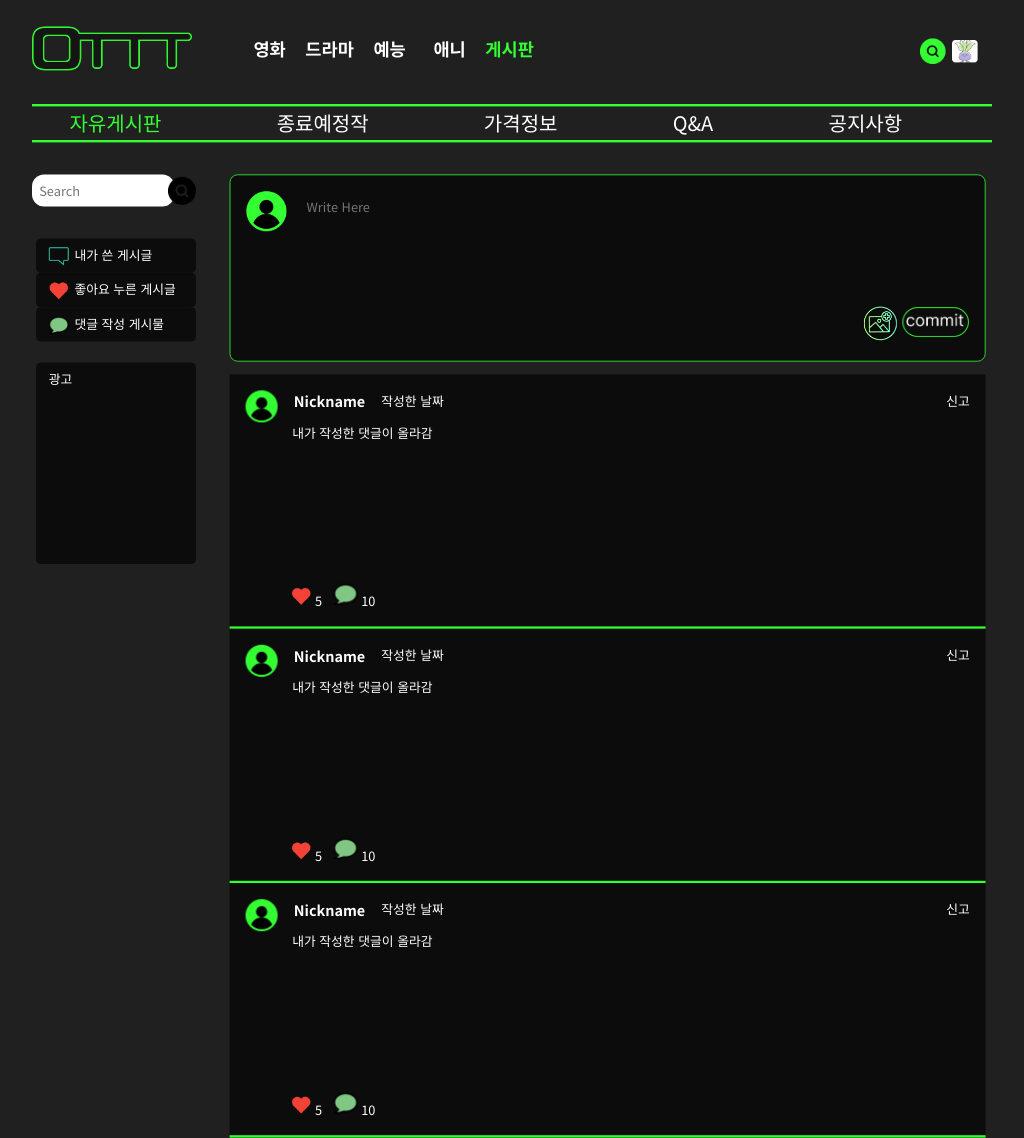
Repository: gahhyun/commnity_make
Page: http://localhost/OTTT/WEB-INF/views/community/freecommunity/community_main.jsp
These files come from the project's save history. The page is drawn as it stood at one moment and after the next save; the edit follows.
The browser window is 1280 px wide. The pictures show the whole page, at 80% of full size.
The page is served by Tomcat 9. Nobody is signed in. Other server files are loaded and not shown. The template is opened directly, without the code that normally fills it, so the values that code supplies are empty.

Above is the page before, as saved 2023-05-04 07:08:05.

### OTTT/src/main/webapp/WEB-INF/views/community/freecommunity/community_main.jsp
<%@ page language="java" contentType="text/html; charset=UTF-8"
    pageEncoding="UTF-8"%>
<%@ taglib prefix="c" uri="http://java.sun.com/jsp/jstl/core" %>
<%@ taglib prefix="fmt" uri="http://java.sun.com/jsp/jstl/fmt" %>

<c:set var="path" value="${pageContext.request.contextPath}"/>
<!doctype html>
<html lang="ko">
  <head>
    <meta charset="utf-8">
    <meta name="viewport" content="width=device-width, initial-scale=1">
    <title>community_main</title>
    <link href="https://cdn.jsdelivr.net/npm/bootstrap@5.3.0-alpha2/dist/css/bootstrap.min.css" rel="stylesheet" integrity="sha384-aFq/bzH65dt+w6FI2ooMVUpc+21e0SRygnTpmBvdBgSdnuTN7QbdgL+OapgHtvPp" crossorigin="anonymous">
    <link rel="stylesheet" href="${path}/resources/css/community/freecommunity/community_main.css" >
    <script type="text/javascript" src="${path}/resources/js/community/main.js"></script>
    <script src="https://cdn.jsdelivr.net/npm/bootstrap@5.3.0-alpha2/dist/js/bootstrap.bundle.min.js" integrity="sha384-qKXV1j0HvMUeCBQ+QVp7JcfGl760yU08IQ+GpUo5hlbpg51QRiuqHAJz8+BrxE/N" crossorigin="anonymous"></script>
  </head>
  <body style="background-color: #202020;">
    <div class="wrap">
      <header>
        <div class="logo">
          <a href="<c:url value="/" />">
            <img src="${path}/resources/images/logo/OTTT.png" alt="로고">
          </a>
        </div>
        <nav class="gnb">
          <ul>
            <li>
              <a href="<c:url value="/genre/movie" />">영화</a>
            </li>
            <li>
              <a href="<c:url value="/genre/drama" />">드라마</a>
            </li>
            <li>
              <a href="<c:url value="/genre/interest" />">예능</a>
            </li>
            <li>
              <a href="<c:url value="/genre/animation" />">애니</a>
            </li>
            <li>
              <a href="<c:url value="/community" />" style="color: #33ff33;">게시판</a>
            </li>
          </ul>
        </nav>
        <div class="h-icon">
          <ul>
            <li>
              <a href="<c:url value='/search' />">
                <!-- <img src="./images/icon/search02.png" alt="검색"> -->
              </a>
            </li>
            <li>
              <a href="<c:url value='/mypage' />">
                <!-- <img src="./images/icon/user01.png" alt="내 정보"> -->
              </a>
            </li>
          </ul>
        </div>
      </header>

      <!--meun bar Start-->
        <div id="line-1" >
          <nav class="nav">
          <a class="nav-link1" href="<c:url value='/community' />" style="color: #33ff33;">자유게시판</a>
          <a class="nav-link1" href="<c:url value='/community/endmovie/tving' />">종료예정작</a>
          <a class="nav-link1" href="<c:url value='/community/priceInfoTving' />">가격정보</a>
          <a class="nav-link1" href="<c:url value='/community/QnA' />">Q&A</a>
          <a class="nav-link1" href="<c:url value='/community/notice' />">공지사항</a>
        </nav>
        </div>
        <div id="line-2">
          <div class="Lcontent">
            <form name="post_search" action="" method="get">
              <input class="search" type="search" placeholder=" &nbsp;Search">
              <input class="searchicon" type="image" src="${path}/resources/images/icon/search.png" alt="돋보기">
            </form>
            <ul class="movepage">
              <li style="display: flex;">
                <div class="list-group">
                    <a href="<c:url value='/mycommynity/postcommu' />" class="list-group-item list-group-item-action">
                      <img class="side_img" src="${path}/resources/images/img/KakaoTalk_20230411_161709664.png" alt="post">내가 쓴 게시글
                    </a>
                </div>
              </li>
              <li style="display: flex;">
                  <div class="list-group">
                      <a href="<c:url value='/mycommynity/likecommunity' />" class="list-group-item list-group-item-action">
                        <img class="side_img" src="${path}/resources/images/img/free-icon-heart-6063477 2.png" alt="heart">좋아요 누른 게시글
                      </a>
                  </div>
              </li>
              <li style="display: flex;">
                  <div class="list-group">
                      <a href="<c:url value='/mycommynity/comment' />" class="list-group-item list-group-item-action">
                        <img class="side_img" src="${path}/resources/images/img/comment.png" >댓글 작성 게시물
                      </a>
                  </div>
              </li>
              <li style="display: flex;">
                  <div class="list-group">
                      <a href="#" class="list-group-item list-group-item-action" style="margin-top: 2vw; height: 35vh;">광고</a>
                    </div>
              </li>
          </div>

<!--ㅡmain------------------------------------------>
          <div class="Rcontent" >
            <div>
              <form name="post_write" action="community_main.html" method="get">
                <ul class="post_write">
                  <li>
                    <img src="${path}/resources/images/icon/user01.png" alt="프로필사진">
                  </li>
                  <li>
                      <textarea class="writeHere" placeholder="Write Here" onkeydown="resize(this)" onkeyup="resize(this)" ></textarea>
                  </li>
                  <li class="btn_s">
                      <label for="btn_file" ><img src="${path}/resources/images/img/writeImg.png" class="img_file"></label>
                      <input id="btn_file" type="file" accept="image/gif, image/jpeg, image/png" multiple/>
                      <input class="btn_commit" type="image" src="${path}/resources/images/img/commit.png" alt="commit">
                  </li>
                </ul>
              </form>
            </div>
            <div class="post_list">
              <ul class="post" >
                <div class="post_info">
                  <div style="display: flex;">
                  	<a href="#"><img class="usur_img" src="${path}/resources/images/icon/user01.png" alt="profile"></a>
                  	<a href="#"><span class="nickname">Nickname</span></a>
                  	<span id="current_date" >작성한 날짜</span>
                  </div>
                  <div>
                   <div>
                    <button type="button" class="btn_warning" data-bs-toggle="dropdown" >
                      신고
                    </button>
                    <ul class="dropdown-menu" >
                      <li><a class="dropdown-item" href="#">욕설/비방</a></li>
                      <li><a class="dropdown-item" href="#">광고/도배</a></li>
                      <li><a class="dropdown-item" href="#">악의적인 스포</a></li>
                      <li><a class="dropdown-item" href="#">선정성</a></li>
                    </ul>
                   </div>
                  </div>
                </div>
                <div style="width: 900px;">
                  <a href="<c:url value='/community/post' />" class="main_article">내가 작성한 댓글이 올라감</a>
                </div>
                <div>
                <div>
                  <input class="heart_img" type="image" src="${path}/resources/images/img/free-icon-heart-6063477 2.png" alt="heart">
                  <span>5</span>
                  <input class="re_comment_img" type="image" src="${path}/resources/images/img/comment.png" alt="comment">
                  <span>10</span>
                </div>
                </div>
              </ul>
              <ul class="post" >
                <div class="post_info">
                  <div style="display: flex;">
                  	<a href="#"><img class="usur_img" src="${path}/resources/images/icon/user01.png" alt="profile"></a>
                  	<a href="#"><span class="nickname">Nickname</span></a>
                  	<span id="current_date" >작성한 날짜</span>
                  </div>
                  <div>
                   <div>
                    <button type="button" class="btn_warning" data-bs-toggle="dropdown" >
                      신고
                    </button>
                    <ul class="dropdown-menu" >
                      <li><a class="dropdown-item" href="#">욕설/비방</a></li>
                      <li><a class="dropdown-item" href="#">광고/도배</a></li>
                      <li><a class="dropdown-item" href="#">악의적인 스포</a></li>
                      <li><a class="dropdown-item" href="#">선정성</a></li>
                    </ul>
                   </div>
                  </div>
                </div>
                <div style="width: 900px;">
                  <a href="#" class="main_article">내가 작성한 댓글이 올라감</a>
                </div>
                <div>
                <div>
                  <input class="heart_img" type="image" src="${path}/resources/images/img/free-icon-heart-6063477 2.png" alt="heart">
                  <span>5</span>
                  <input class="re_comment_img" type="image" src="${path}/resources/images/img/comment.png" alt="comment">
                  <span>10</span>
                </div>
                </div>
              </ul>
              <ul class="post" >
                <div class="post_info">
                  <div style="display: flex;">
                  	<a href="#"><img class="usur_img" src="${path}/resources/images/icon/user01.png" alt="profile"></a>
                  	<a href="#"><span class="nickname">Nickname</span></a>
                  	<span id="current_date" >작성한 날짜</span>
                  </div>
                  <div>
                   <div>
                    <button type="button" class="btn_warning" data-bs-toggle="dropdown" >
                      신고
                    </button>
                    <ul class="dropdown-menu" >
                      <li><a class="dropdown-item" href="#">욕설/비방</a></li>
                      <li><a class="dropdown-item" href="#">광고/도배</a></li>
                      <li><a class="dropdown-item" href="#">악의적인 스포</a></li>
                      <li><a class="dropdown-item" href="#">선정성</a></li>
                    </ul>
                   </div>
                  </div>
                </div>
                <div style="width: 900px;">
                  <a href="#" class="main_article">내가 작성한 댓글이 올라감</a>
                </div>
                <div>
                <div>
                  <input class="heart_img" type="image" src="${path}/resources/images/img/free-icon-heart-6063477 2.png" alt="heart">
                  <span>5</span>
                  <input class="re_comment_img" type="image" src="${path}/resources/images/img/comment.png" alt="comment">
                  <span>10</span>
                </div>
                </div>
              </ul>
            </div>
          </div>
        </div>
    </div>
  </body>
</html>

### OTTT/src/main/webapp/resources/css/community/freecommunity/community_main.css
@charset "utf-8";
@import url('https://fonts.googleapis.com/css2?family=Noto+Sans+KR:wght@100;300;400;500;700;900&display=swap');


*{margin: 0;padding: 0;font-family: 'Noto Sans KR', sans-serif;}

a{text-decoration: none;color: inherit;display: block;}

ul,li,ol{list-style: none;}

body{background-color: #202020;color: #fff;}

.wrap{width: 100%;height: 100%;position: relative;}

/* header Start*/
header{ width: 1200px; height: 130px;box-sizing: border-box;margin: 0 auto;position: relative;display: flex;}

.logo{    width: 230px;
    height : 95px;
    margin-top: 30px;}

.logo > a > img{margin-top: 2.5px;width: 200px;}

.gnb > ul{display: flex;}

.gnb > ul > li{
    width: 70px;
    height: 60px;
    text-align: center;
    line-height: 60px;
    margin-top: 30px;
    margin-right:5px;
}


.gnb a{
    font-size: 22px;
    font-weight: 600;
}

.gnb > ul > li:hover{
    color: #33ff33;
}

.h-icon{
    width: 120px;
    height: 58px;
    position: absolute;
    top: 50%;
    right: 10px;
    transform: translateY(-50%);
}

.h-icon > ul{
    display: flex;
    justify-content: space-evenly;
    margin-top: 12px;
}

.h-icon > ul > li:first-child > a{
    background:url("../../../images/icon/search02.png");
    background-repeat: no-repeat;
    background-position: center;
    background-size: 32px;
    width: 32px;
    height: 32px;
}

.h-icon > ul > li:last-child > a{
    background:url("../../../images/img/profile.png");
    background-repeat: no-repeat;
    background-position: center;
    background-size: 32px;
    width: 32px;
    height: 32px;
}

.h-icon > ul > li:first-child > a:hover{
    background: url("../../../images/icon/search-h.png");
    background-repeat: no-repeat;
    background-position: center;
    background-size: 32px;
    width: 32px;
    height: 32px;
}

/* .h-icon > ul > li:last-child > a:hover{
    background: url("../images/user-h.png");
    background-repeat: no-repeat;
    background-position: center;
    background-size: 32px;
    width: 32px;
    height: 32px;
} */

/* header End */

/* meun bar Start */
#line-1 {
    width: 1200px;
    background-color: transparent;
    border: none;
    border-top-style: solid;
    border-bottom-style: solid;
    border-top-color:#33ff33;
    border-bottom-color: #33FF33;
    border-top-width:3px;
    border-bottom-width: 3px;
    margin: 0 auto;
    position: relative;
    display: flex;
    margin-bottom: 40px;
}

.nav-link1{
    color: #ffffff;
    font-size: 25px;
    padding:2px;
    text-decoration-line: none;
    margin-left: 140px;
}
.nav-link1:hover{color: #33FF33;}

.nav a:nth-child(1){margin-left: 3.5vw;}

/* meun bar ENd */


/* content Start */
/*  left start */
#line-2 {
    width:1200px;
    display: flex;
    position:relative;
    margin: 0 auto;

}

.search{
        border: solid 1px black;
        height: 40px;
        border: 0;
        border-radius: 15px;
    }

.searchicon{
    width: 35px;
    position: relative;
    left: 170px;
    bottom: 37px;
}

.movepage{
    margin: 0;
    margin-left: 5px;
    padding: 0;
}


.list-group-item{
    width: 200px;
    background-color: #0B0C0B;
    border: none;
    color: #ffffff;

}

.side_img{
    width: 25px;
    margin-right: 7px;
}

/*  left end */

/* right start*/
.Rcontent{
    margin-left: 40px;
    width: 1000px;
    height: auto;

}

.post_write{
    padding: 20px;
    background : #0B0C0B;
    border: solid 1px #33FF33;
    color: white;
    border-radius: 10px;
    max-height: max-content;
    width: 945px;
}

.post_write li:nth-child(1) img{
    width: 50px;

}


.writeHere{
    color: #fff;
    border: none;
    background-color: #0B0C0B;;
    width: 800px;
    min-height: 5rem;
    max-height: max-content;
    overflow-y: hidden;
    resize: none;
    position: relative;
    left: 75px;
    bottom: 43px;


}
.writeHere:focus{
    outline: none;
}

.btn_s{

    text-align: end;
}

.img_file{
    width: 47px;
    position: relative;
    cursor: pointer;
}

#btn_file{
    position: absolute;
    width: 1px;
    height: 1px;
    padding: 0;
    border: 0;
    margin: -1;
    overflow: hidden;
}


.btn_commit{
    width: 83px;
    position: relative;
    top: 10px;
}


/*
필드 숨기는 코드를 설명해보자면,

‣ position: absolute : clip이 absolute, fixed일 때만 적용 가능하기 때문 + 레이아웃에 영향을 끼치지 않게.

‣ width: 1px; height: 1px : 스크린 리더가 읽을 수 있도록

‣ padding: 0 : 상속되거나 적용될 수 있는 스타일을 제거해서 안전하게

‣ border: 0 : 상속되거나 적용될 수 있는 스타일을 제거해서 안전하게. 그리고 border: none과 border: 0은 다른데, border: none으로 했을 때 border-style을 적용할 경우 우선순위때문에 border: none인데도 테두리가 생긴다. 그래서 더 안전한 border: 0을 사용

‣ margin: -1px : 부모 요소 밖으로 위치시킴

‣ clip: rect(0, 0, 0, 0) : 요소 숨기기. 처음에 top, right, bottom, left를 margin 줄 때처럼 생각을 해서 이해를 못 했는데 선언 순서는 같지만 기준 점이 다르다. clip은 네 방향 모두 좌측상단이 기준이다.margin 에서 bottom은 해당 요소 아래에서 얼마큼 떨어질지였지만, clip은 상단에서 얼마큼 떨어질지가 bottom라인이 된다. 그래서 top과 bottom이 같은 값이면 요소가 숨겨지게 된다. 마찬가지로 left, right가 같은 값이면 요소가 숨겨진다.

‣ overflow: hidden : overflow된 콘텐츠를 숨기기.
*/



/*작성된 글 올라감*/
.post{
    margin: 0;
    padding: 20px;
    background : #0B0C0B;
    border: none;
    color: white;
    width: 945px;
    max-height: max-content;
    overflow: auto;
    border-bottom: solid #33FF33;
}

.post > li{
    display: inline-block;
}

.post_info{
    display: flex;
    justify-content: space-between;
}

.usur_img{
    width: 40px;

}

.nickname{
    width: 500px;
    margin-left: 20px;
    margin-right: 20px;
    color: #fff;
    font-weight: bolder;
    font-size: 18px;
}

.btn_warning{
    background-color: #0B0C0B;
    color: #fff;
    border: none;
    margin-left: 20px;




}

.main_article{
    color: #fff;
    border: none;
    background-color: #0B0C0B;
    width: 800px;
    min-height: 200px;
    max-height: max-content;
    margin-left: 58px;
}

.main article:focus{
    outline: none;
}

.heart_img{
    width: 25px;
    margin-left: 57px;
    padding-top: 5px;
}

.count{
    width: 35px;
    background-color: #0B0C0B;
    border: none;
    color: #fff;
}

.re_comment_img{
    width: 30px;
    margin-left: 10px;
}






/* 모달 */
.post_info li:nth-child(4){
    position: relative;
    left: 500px;
}
.modal-content{
    background-color: #202020;
}

.modal-body{
    font-size: 26px;
    text-align: center;
    border: 1px solid #fff;
}

.modal-header{
    border: 1px solid #fff;
}

.modal-footer{
    border: 1px solid #fff;
}

.modi-del{
    text-align: right;
}


.pro-info{
    display: flex;
}

.pro-total{
    display: flex;
    justify-content: space-between;
}

.btn.btn-secondary{
    background-color: #0B0C0B;
}
/*모달 end*/

/* div{
    border: plum solid 1px;
} */

### OTTT/src/main/webapp/resources/js/community/main.js
function resize(obj){
    obj.style.height = '1px';
    obj.style.height = (12 + obj.scrollHeight) + 'px';

}

After the next save:
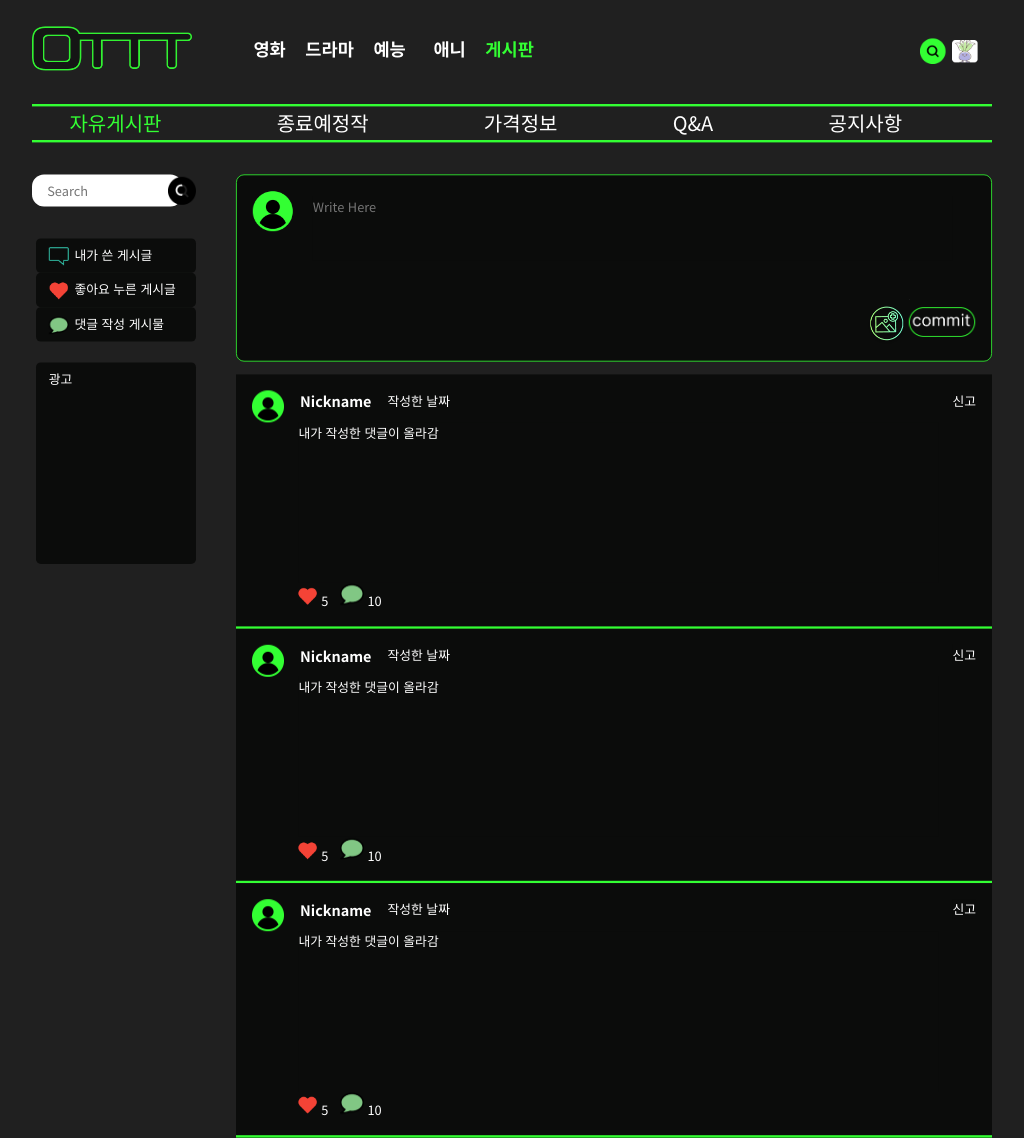
Saved 7 min 46 s later.
--- a/OTTT/src/main/webapp/resources/css/community/freecommunity/community_main.css
+++ b/OTTT/src/main/webapp/resources/css/community/freecommunity/community_main.css
@@ -141,6 +141,7 @@ header{ width: 1200px; height: 130px;box-sizing: border-box;margin: 0 auto;posit
         height: 40px;
         border: 0;
         border-radius: 15px;
+        padding-left: 10px;
     }
 
 .searchicon{
